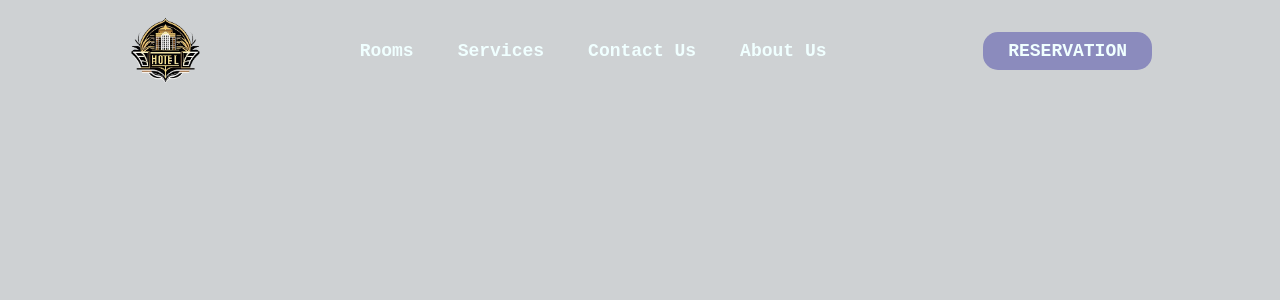
Repository: DhananjayaLakshan/Uom-Web_Design_For_Beginners
Page: Final Assignment/index.html
These files come from the project's save history. The page is drawn as it stood at one moment and after the next save; the edit follows.
The browser window is 1280 px wide. The pictures show the whole page.

Above is the page before, as saved 2023-11-29 13:59:26.

### Final Assignment/index.html
<!DOCTYPE html>
<html lang="en">
<head>
    <meta charset="UTF-8">
    <meta name="viewport" content="width=device-width, initial-scale=1.0">
    <title>Ceylon Hotel</title>

    <link rel="stylesheet" href="style.css">
    <script src="script.js"></script>
</head>
<body>

    <header>
        <img class="logo" src="img/logo.png" alt="logo">

        <nav>
            <ul class="navBar">
                <li>
                    <a href="#"> Rooms</a>
                </li>

                <li>
                    <a href="#"> Services</a>
                </li>

                <li>
                    <a href="#"> Contact Us</a>
                </li>

                <li>
                    <a href="#"> About Us</a>
                </li>


            </ul>
        </nav>

        <a href="#"> <button>RESERVATION</button> </a>


    </header>

</body>
</html>

### Final Assignment/style.css
*{
    box-sizing: border-box;
    padding: 0;
    margin: 0;
    background-color: rgb(206, 209, 211);
}

li,a, button{
    font-family: 'Courier New', Courier, monospace;
    font-weight: 600;
    font-size: 18px;
    text-decoration: none;
    color: azure;
}

header{
    display: flex;
    justify-content: space-between;
    align-items: center;
    padding: 13px 10%;

}

.logo{
    width: 75px;
    height: 75px;
    cursor: pointer;
}

.navBar{
    list-style: none;
}

.navBar li{
    display: inline-block;
    padding: 0px 20px;
}

.navBar li a {
    transition: all 0.3s ease 0s;
}

.navBar li a:hover{
    color: red;
}

button{
    padding: 9px 25px;
    background-color:rgb(139, 139, 189);
    border: none;
    border-radius: 15px;
    cursor:pointer;
    transition: all 0.3s ease 0s;
}

button:hover{
    color: red;
}

Loaded but not shown: Final Assignment/script.js (no stored copy; drawn as an empty file)

After the next save:
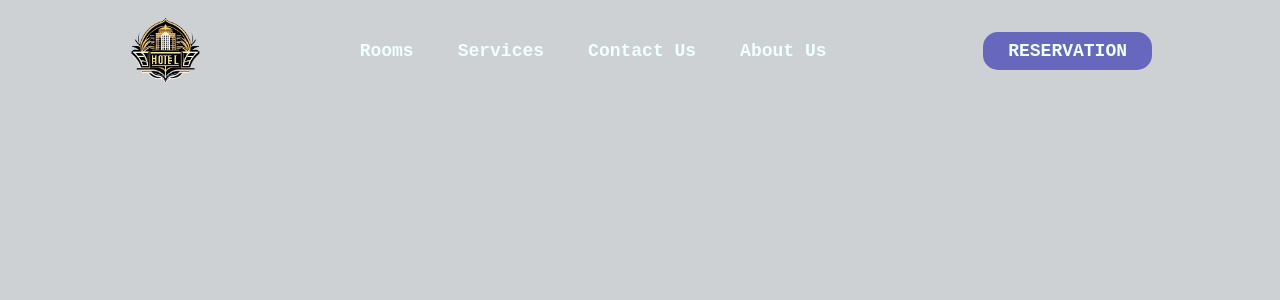
Saved 4 s later.
--- a/Final Assignment/style.css
+++ b/Final Assignment/style.css
@@ -46,7 +46,7 @@ header{
 
 button{
     padding: 9px 25px;
-    background-color:rgb(139, 139, 189);
+    background-color:rgb(103, 103, 189);
     border: none;
     border-radius: 15px;
     cursor:pointer;
